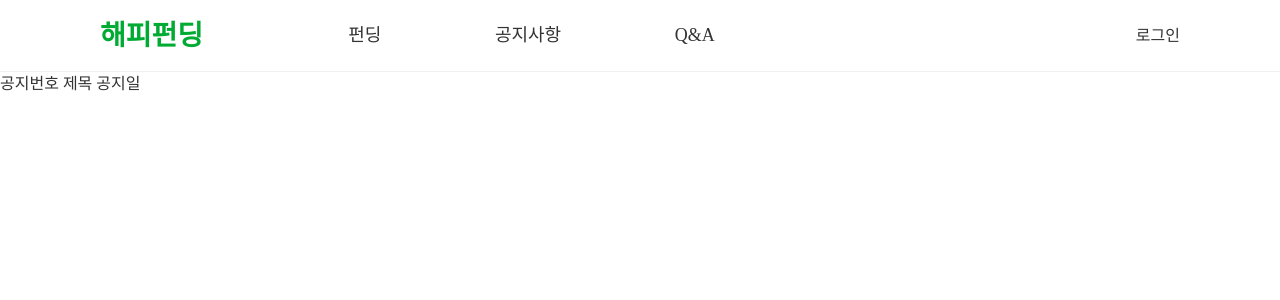
Repository: leesaereum/funding
Page: http://localhost/Funding/pages/notice.jsp
An editor plug-in stored every save of this project. The page is shown before and after the next save, followed by the edit.
The browser window is 1280 px wide. The pictures show the whole page.
The page is served by Tomcat 9. Other server files are loaded and not shown.

Above is the page before, as saved 2022-04-07 04:25:34.

### Funding/src/main/webapp/pages/notice.jsp
<%@ page language="java" contentType="text/html; charset=UTF-8"
    pageEncoding="UTF-8"%>
<%@ taglib prefix="c" uri="http://java.sun.com/jsp/jstl/core"%>
<!DOCTYPE html>
<html>
<head>
<meta charset="UTF-8">
<title>해피펀딩 공지사항</title>
<link rel="stylesheet" href="/Funding/styles/init.css">
<link rel="stylesheet" href="/Funding/styles/base.css">
<style>
.loadMore {
	width: 100%;
	height: 52px;
	line-height: 52px;
	border: 1px solid rgba(0, 0, 0, .07);
	background-color: #f6f6f6;
	font-size: 15px;
	text-align: center;
	overflow-anchor: none;
	cursor: pointer;
}
#toast {
    position: fixed;
    bottom: 30px;
    left: 50%;
    padding: 15px 20px;
    transform: translate(-50%, 10px);
    border-radius: 30px;
    overflow: hidden;
    opacity: 0;
    visibility: hidden;
    transition: opacity .5s, visibility .5s, transform .5s;
    background: rgba(0, 0, 0, 0.5);
    color: #fff;
    z-index: 5;
}
#toast.reveal {
    opacity: 1;
    visibility: visible;
    transform: translate(-50%, 0)
}
</style>
</head>
<body>
	<jsp:include page="/components/header.jsp"/>
	<div>공지번호 제목 공지일</div>
	<c:forEach items="${notice}" var="notice">
	<div>${notice.notice_num } / <a href = "notice_detail.do?notice_num=${notice.notice_num}">${notice.notice_title }</a> / ${notice.notice_At }</div>
	</c:forEach>
</body>
</html>

### Funding/src/main/webapp/components/header.jsp
<%@ page language="java" contentType="text/html; charset=UTF-8"
	pageEncoding="UTF-8"%>

<style>
header {
	width: 100%;
	height: 72px;
	border-bottom: 1px solid #f0f0f0;
	box-sizing: border-box;
}
.header.drop {
  position: fixed;
  animation: dropHeader 0.3s;
  background-color: white;
  z-index: 999;
}

@keyframes dropHeader {
  0% {
    top: -5rem;
  }
  100% {
    top: 0;
  }
}

.header__wrap {
	width: 1080px;
	margin: 0 auto;
	display: flex;
	justify-content: space-between;
	line-height: 71px;
}
.header__wrap h1{
	font-size: 28px;
}

.header__wrap ul{
	display: flex;
	justify-content: space-around;
	width: 480px;
	font-size: 18px;
}
.header__wrap li{
	cursor: pointer;
}
.signedIn_email{
	padding-right: 12px;
	margin-top: 20px;
	margin-right:12px;
	border-right: 1px solid #eee;
	height: 30px;
	line-height: 32px;
}
.makeFunding{
	height: 30px;
	margin-top: 20px;
	margin-left: 12px;
	padding-left: 12px;
	border-left: 1px solid #eee;
	line-height: 31px !important;
	cursor: pointer;
	color: #0091ff;

}
#loginZone{
	width: 320px;
	display: flex;
	justify-content: right;
}
</style>
<header class="header">
	<div class="header__wrap">
		<h1 class="font-color-main" onclick="goHome()">해피펀딩</h1>
		<nav>
			<ul>
				<li>펀딩</li>
				<li><a href = "notice_list.do">공지사항</a></li>
				<li>Q&A</li>
			</ul>
		</nav>
		<div id="loginZone">
			<div class="loginButton">로그인</div>
		</div>
	</div>

</header>
<script src="/Funding/libraries/jQuery.js"></script>
<script>
let header = document.querySelector(".header");
let headerHeight = 72;
let customer_id = "<%=session.getAttribute("customer_id")%>";
if(customer_id == "null"){
	document.getElementById("loginZone").innerHTML = '<div class="loginButton">로그인</div>';
}else{
	document.getElementById("loginZone").innerHTML = '<p class="signedIn_email">'+customer_id.split("@")[0]+' 님</p><div class="mypageButton">마이페이지</div> <div class="logoutButton">로그아웃</div>';
}
let isSeller = "<%=session.getAttribute("isSeller")%>";
if(isSeller != "null"){
	let txt = document.getElementById("loginZone").innerHTML;
	txt += '<div class="makeFunding">펀딩 만들기</div>';
	document.getElementById("loginZone").innerHTML = txt;
}
window.onscroll = function () {
  if(window.innerHeight > 1200){
	  let windowTop = window.scrollY;
	  	// 스크롤 세로값이 헤더높이보다 크거나 같으면
		// 헤더에 클래스 'drop'을 추가한다
	  if (windowTop >= headerHeight) {
	    header.classList.add("drop");
	  }
	  // 아니면 클래스 'drop'을 제거
	  else {
	    header.classList.remove("drop");
	  }
  }

};
function goHome(){
	//todo: 작성하던 내용이 사라집니다.
	location.href = "/Funding/main.jsp"
}
$(document).on("click", ".loginButton", function(e){
	e.stopPropagation();
	localStorage.setItem("pastURL", location.href);
	location.href = "/Funding/pages/login.jsp";
})
$(document).on("click", ".logoutButton", function(e){
	e.stopPropagation();
	localStorage.setItem("pastURL", location.href);
	location.href = "/Funding/logout.do";
})
$(document).on("click", ".mypageButton", function(e){
	e.stopPropagation();
	localStorage.setItem("pastURL", location.href);
	location.href = "/Funding/mypage.do";
})
$(document).on("click", ".makeFunding", function(e){
	e.stopPropagation();
	location.href = "/Funding/pages/makeFunding.jsp";
})
</script>

### Funding/src/main/webapp/styles/init.css
*, ::before, ::after {
	box-sizing: border-box;
	background-repeat: no-repeat;
	margin: 0;
	padding: 0;
}
a{
	text-decoration: none;
    color: #333;
}
html, body{
	width: 100%;
	height: 100%;
}
body{
	color: #333;
}
::before, ::after {
	text-decoration: inherit;
	vertical-align: inherit
}

:where(:root) {
	cursor: default;
	line-height: 1.5;
	overflow-wrap: break-word;
	-moz-tab-size: 4;
	tab-size: 4;
	-webkit-tap-highlight-color: transparent;
	-webkit-text-size-adjust: 100%;
	text-size-adjust: 100%
}

:where(body) {
	margin: 0
}

:where(dl, ol, ul) :where(dl, ol, ul) {
	margin: 0
}

:where(hr) {
	color: inherit;
	height: 0
}

:where(nav) :where(ol, ul) {
	list-style-type: none;
	padding: 0
}

:where(nav li)::before {
	content: "\200B";
	float: left
}

:where(pre) {
	font-family: monospace, monospace;
	font-size: 1em;
	overflow: auto
}

:where(abbr[title]) {
	text-decoration: underline;
	text-decoration: underline dotted
}

:where(b, strong) {
	font-weight: bolder
}

:where(code, kbd, samp) {
	font-family: monospace, monospace;
	font-size: 1em
}

:where(small) {
	font-size: 80%
}

:where(audio, canvas, iframe, img, svg, video) {
	vertical-align: middle
}

:where(iframe) {
	border-style: none
}

:where(svg:not([fill])) {
	fill: currentColor
}

:where(table) {
	border-collapse: collapse;
	border-color: currentColor;
	text-indent: 0
}

:where(button, input, select) {
	margin: 0
}

:where(button, [type="button" i], [type="reset" i], [type="submit" i]) {
	-webkit-appearance: button
}

:where(fieldset) {
	border: 1px solid #a0a0a0
}

:where(progress) {
	vertical-align: baseline
}

:where(textarea) {
	margin: 0;
	resize: vertical
}

:where([type="search" i]) {
	-webkit-appearance: textfield;
	outline-offset: -2px
}

::-webkit-inner-spin-button, ::-webkit-outer-spin-button {
	height: auto
}

::-webkit-input-placeholder {
	color: inherit;
	opacity: .54
}

::-webkit-search-decoration {
	-webkit-appearance: none
}

::-webkit-file-upload-button {
	-webkit-appearance: button;
	font: inherit
}

:where(dialog) {
	background-color: #fff;
	border: solid;
	color: #000;
	height: -moz-fit-content;
	height: fit-content;
	left: 0;
	margin: auto;
	padding: 1em;
	position: absolute;
	right: 0;
	width: -moz-fit-content;
	width: fit-content
}

:where(dialog:not([open])) {
	display: none
}

:where(details>summary:first-of-type) {
	display: list-item
}

:where([aria-busy="true" i]) {
	cursor: progress
}

:where([aria-disabled="true" i], [disabled]) {
	cursor: not-allowed
}

:where([aria-hidden="false" i][hidden]) {
	display: initial
}

:where([aria-hidden="false" i][hidden]:not(:focus)) {
	clip: rect(0, 0, 0, 0);
	position: absolute
}

### Funding/src/main/webapp/styles/base.css
@charset "UTF-8";

.font-color-main{
	color: #00AB33;
}
.font-color-highlight{
	color: #0091FF;
}

.bg-color-main{
	background-color: #00AB33;
}

.bg-color-highlight{
	background-color: #0091FF;
}

Loaded but not shown: Funding/src/main/webapp/libraries/jQuery.js (library)

After the next save:
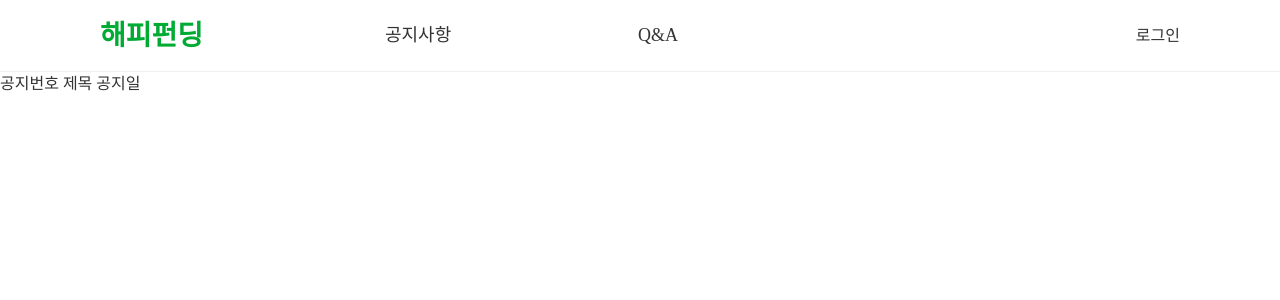
Saved 46 s later.
--- a/Funding/src/main/webapp/components/header.jsp
+++ b/Funding/src/main/webapp/components/header.jsp
@@ -74,9 +74,8 @@ header {
 		<h1 class="font-color-main" onclick="goHome()">해피펀딩</h1>
 		<nav>
 			<ul>
-				<li>펀딩</li>
-				<li><a href = "notice_list.do">공지사항</a></li>
-				<li>Q&A</li>
+				<li><a href="/Funding/pages/noticeDo.jsp">공지사항</a></li>
+				<li><a href="/Funding/pages/systemQnADo.jsp">Q&A</a></li>
 			</ul>
 		</nav>
 		<div id="loginZone">
@@ -89,11 +88,11 @@ header {
 <script>
 let header = document.querySelector(".header");
 let headerHeight = 72;
-let customer_id = "<%=session.getAttribute("customer_id")%>";
-if(customer_id == "null"){
+let email = "<%=session.getAttribute("email")%>";
+if(email == "null"){
 	document.getElementById("loginZone").innerHTML = '<div class="loginButton">로그인</div>';
 }else{
-	document.getElementById("loginZone").innerHTML = '<p class="signedIn_email">'+customer_id.split("@")[0]+' 님</p><div class="mypageButton">마이페이지</div> <div class="logoutButton">로그아웃</div>';
+	document.getElementById("loginZone").innerHTML = '<p class="signedIn_email" onclick="goMyPage()">'+email.split("@")[0]+' 님</p><div class="logoutButton">로그아웃</div>';
 }
 let isSeller = "<%=session.getAttribute("isSeller")%>";
 if(isSeller != "null"){
@@ -128,15 +127,14 @@ $(document).on("click", ".loginButton", function(e){
 $(document).on("click", ".logoutButton", function(e){
 	e.stopPropagation();
 	localStorage.setItem("pastURL", location.href);
-	location.href = "/Funding/logout.do";
-})
-$(document).on("click", ".mypageButton", function(e){
-	e.stopPropagation();
-	localStorage.setItem("pastURL", location.href);
-	location.href = "/Funding/mypage.do";
+	location.href = "/Funding/tempLogoutDo.jsp";
 })
 $(document).on("click", ".makeFunding", function(e){
 	e.stopPropagation();
 	location.href = "/Funding/pages/makeFunding.jsp";
 })
+
+function goMyPage(){
+	location.href = "/Funding/pages/mypage.jsp"
+}
 </script>
